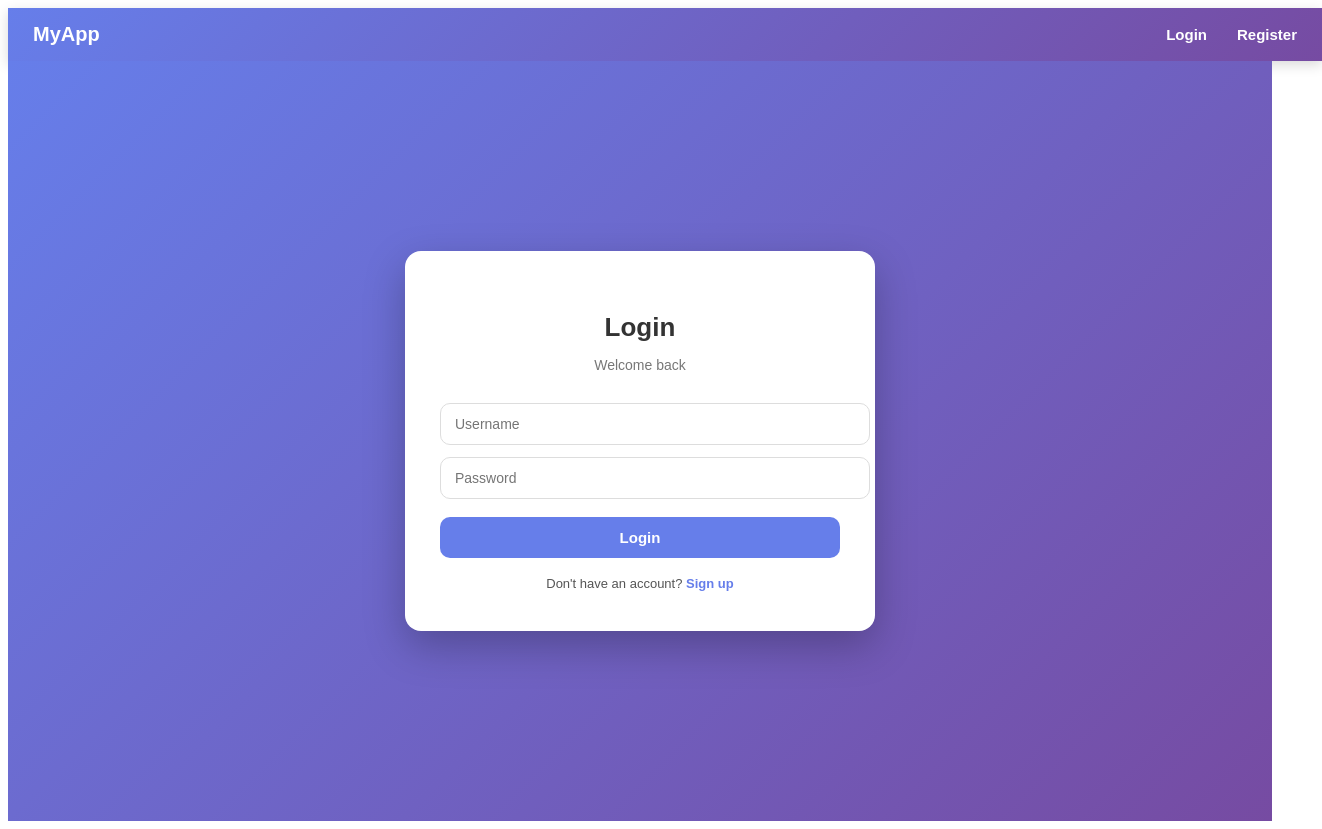
Repository: BMXracer44/CalendarConnect
Page: / (app in frontend/)
An editor plug-in stored every save of this project. The page is shown before and after the next save, followed by the edit.
The browser window is 1280 px wide. The page is 1322 px wide, then 1280 px, so the pictures cover 1322 px, including what lies to the right of the window. The pictures show the whole page.
The project was rebuilt for these pictures with package versions that can differ from the ones it lists, and the page was loaded fresh each time. Also part of the build but not shown: frontend/src/pages/Register.jsx.

Above is the page before, as saved 2026-04-07 17:38:55.

### frontend/src/index.js
import React from "react";
import ReactDOM from "react-dom/client";
import { RouterProvider } from "react-router-dom";
import { router } from "./router";
import "./index.css";


ReactDOM.createRoot(document.getElementById("root")).render(
  <RouterProvider router={router} />
);

### frontend/src/router.jsx
import { createBrowserRouter } from "react-router-dom";
import App from "./App";
import Login from "./pages/Login";
import Register from "./pages/Register";
import Home from "./pages/Home";

export const router = createBrowserRouter([
  {
    path: "/",
    element: <App />,   // 👈 use App here
    children: [
      { index: true, element: <Login /> },     // "/"
      { path: "register", element: <Register /> },
      { path: "home", element: <Home /> }
    ]
  }
]);

### frontend/src/index.css
/* =========================
   GLOBAL PAGE BACKGROUND
========================= */
.login-container {
  min-height: 100vh;
  display: flex;
  justify-content: center;
  align-items: center;
  padding: 20px;
  background: linear-gradient(135deg, #667eea, #764ba2);
  font-family: Arial, sans-serif;
}

/* =========================
   AUTH CARD (LOGIN + REGISTER)
========================= */
.login-card {
  width: 100%;
  max-width: 400px;
  background: #ffffff;
  padding: 40px 35px;
  border-radius: 16px;
  box-shadow: 0 15px 40px rgba(0, 0, 0, 0.25);
  text-align: center;
  animation: fadeIn 0.4s ease-in-out;
}

/* Card animation */
@keyframes fadeIn {
  from {
    opacity: 0;
    transform: translateY(15px);
  }
  to {
    opacity: 1;
    transform: translateY(0);
  }
}

/* =========================
   HEADINGS
========================= */
.login-card h2 {
  font-size: 26px;
  margin-bottom: 8px;
  color: #333;
}

.login-card p {
  font-size: 14px;
  color: #777;
  margin-bottom: 18px;
}

/* =========================
   INPUT FIELDS
========================= */
.login-card input {
  width: 100%;
  padding: 12px 14px;
  margin-top: 12px;
  border: 1px solid #ddd;
  border-radius: 10px;
  font-size: 14px;
  outline: none;
  transition: all 0.25s ease;
}

/* Focus effect */
.login-card input:focus {
  border-color: #667eea;
  box-shadow: 0 0 8px rgba(102, 126, 234, 0.35);
}

/* =========================
   BUTTON
========================= */
.login-card button {
  width: 100%;
  padding: 12px;
  margin-top: 18px;
  background: #667eea;
  color: white;
  border: none;
  border-radius: 10px;
  font-size: 15px;
  font-weight: bold;
  cursor: pointer;
  transition: all 0.2s ease;
}

/* Hover effect */
.login-card button:hover {
  background: #5a67d8;
  transform: translateY(-2px);
}

/* =========================
   ERROR & SUCCESS MESSAGES
========================= */
.error-text {
  color: #e74c3c;
  font-size: 13px;
  margin-top: 10px;
}

.success-text {
  color: #2ecc71;
  font-size: 13px;
  margin-top: 10px;
}

/* =========================
   BOTTOM TEXT LINKS
========================= */
.bottom-text {
  margin-top: 18px;
  font-size: 13px;
  color: #555;
}

.bottom-text a {
  color: #667eea;
  font-weight: bold;
  text-decoration: none;
}

.bottom-text a:hover {
  text-decoration: underline;
}

/* =========================
   REGISTER SPACING (optional)
========================= */
.register-extra-spacing input {
  margin-top: 14px;
}
/* =========================
   NAVBAR
========================= */
.navbar {
  width: 100%;
  background: linear-gradient(135deg, #667eea, #764ba2);
  padding: 12px 25px;
  display: flex;
  align-items: center;
  color: #fff;
  box-shadow: 0 4px 12px rgba(0,0,0,0.15);
  font-family: Arial, sans-serif;
}

/* Logo on the left */
.navbar .logo {
  font-size: 20px;
  font-weight: bold;
  color: #fff;
  text-decoration: none;
}

/* Right-side buttons (Login/Register) */
.navbar .right-section {
  margin-left: auto; /* pushes this section to the far right */
  display: flex;
  align-items: center;
  gap: 30px; /* spacing between links */
}

.navbar .right-section a {
  color: #fff; /* white text */
  text-decoration: none; /* remove underline */
  font-weight: 600;
  font-size: 15px;
  padding: 6px 0;
  transition: color 0.2s ease, transform 0.2s ease;
}

.navbar .right-section a:hover {
  color: #f0f0f0;
  transform: translateY(-2px);
}

/* User info if logged in */
.navbar .user-info {
  display: flex;
  align-items: center;
  gap: 12px;
}

.navbar .user-info img {
  width: 32px;
  height: 32px;
  border-radius: 50%;
  object-fit: cover;
  border: 2px solid #fff;
}

.navbar button.logout-btn {
  background: #e74c3c;
  border: none;
  color: white;
  padding: 6px 12px;
  border-radius: 8px;
  cursor: pointer;
  font-weight: bold;
  transition: background 0.2s ease, transform 0.2s ease;
}

.navbar button.logout-btn:hover {
  background: #c0392b;
  transform: translateY(-2px);
}

### frontend/src/App.js
// App.js
import { Outlet, NavLink } from "react-router-dom";
import "./index.css"; // your CSS with navbar styles

function App({ user, logout }) {
  return (
    <div>
      {/* Navigation Bar */}
      <nav className="navbar">
        <a href="/" className="logo">MyApp</a>

        <div className="right-section">
          {!user ? (
            <>
              <NavLink
                to="/login"
                className={({ isActive }) => isActive ? "nav-link active" : "nav-link"}
              >
                Login
              </NavLink>
              <NavLink
                to="/register"
                className={({ isActive }) => isActive ? "nav-link active" : "nav-link"}
              >
                Register
              </NavLink>
            </>
          ) : (
            <div className="user-info">
              <img
                src={user.profile_picture_url || "/default-avatar.png"}
                alt="User"
              />
              <span>{user.username}</span>
              <button className="logout-btn" onClick={logout}>
                Logout
              </button>
            </div>
          )}
        </div>
      </nav>

      {/* Render the page content */}
      <div className="page-content">
        <Outlet />
      </div>
    </div>
  );
}

export default App;

### frontend/src/pages/Login.jsx
import React, { useState } from "react";
import { useNavigate } from "react-router-dom";

const Login = () => {
  const navigate = useNavigate();

  const [username, setUsername] = useState("");
  const [password, setPassword] = useState("");

  const [error, setError] = useState("");
  const [success, setSuccess] = useState("");

  const handleSubmit = async (e) => {
    e.preventDefault();

    try {
      const response = await fetch("http://localhost:8080/api/login", {
        method: "POST",
        headers: {
          "Content-Type": "application/json"
        },
        body: JSON.stringify({ username, password })
      });

      const data = await response.json();

      if (response.ok) {
        localStorage.setItem("token", data.token);

        setSuccess("Login successful!");
        setError("");

        setTimeout(() => {
          navigate("/dashboard");
        }, 1000);

      } else {
        setError(data.message || "Invalid login");
        setSuccess("");
      }

    } catch (err) {
      setError("Server not reachable");
      setSuccess("");
    }
  };

  return (
    <div className="login-container">
      <div className="login-card">

        <h2>Login</h2>
        <p>Welcome back</p>

        {error && <p className="error-text">{error}</p>}
        {success && <p className="success-text">{success}</p>}

        <form onSubmit={handleSubmit}>
          <input
            type="text"
            placeholder="Username"
            value={username}
            onChange={(e) => setUsername(e.target.value)}
            required
          />

          <input
            type="password"
            placeholder="Password"
            value={password}
            onChange={(e) => setPassword(e.target.value)}
            required
          />

          <button type="submit">Login</button>
        </form>

        <div className="bottom-text">
          Don't have an account? <a href="/register">Sign up</a>
        </div>

      </div>
    </div>
  );
};

export default Login;

Loaded but not shown: frontend/src/pages/Home.jsx (no stored copy; drawn as an empty file)

After the next save:
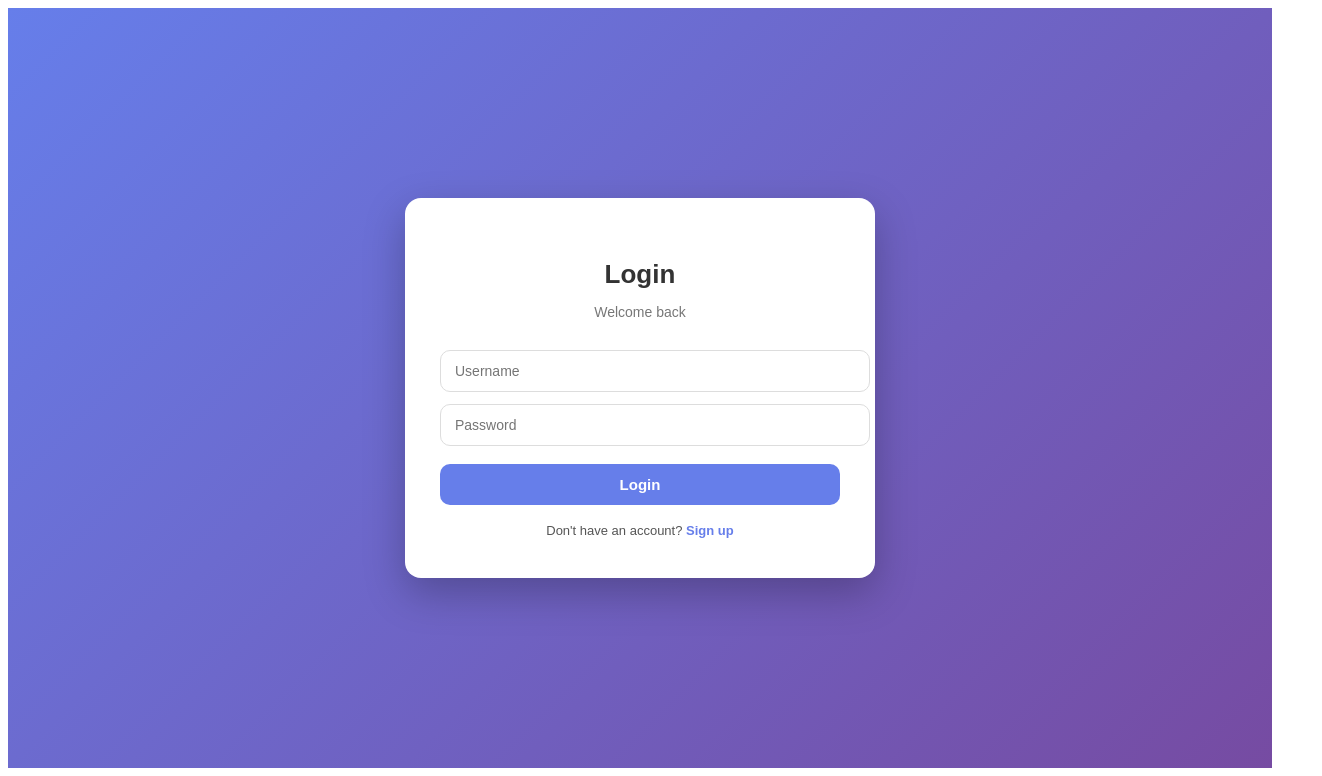
Saved 46 s later.
--- a/frontend/src/App.js
+++ b/frontend/src/App.js
@@ -1,49 +1,9 @@
-// App.js
-import { Outlet, NavLink } from "react-router-dom";
-import "./index.css"; // your CSS with navbar styles
+import { Outlet } from "react-router-dom";
 
-function App({ user, logout }) {
+function App() {
   return (
     <div>
-      {/* Navigation Bar */}
-      <nav className="navbar">
-        <a href="/" className="logo">MyApp</a>
-
-        <div className="right-section">
-          {!user ? (
-            <>
-              <NavLink
-                to="/login"
-                className={({ isActive }) => isActive ? "nav-link active" : "nav-link"}
-              >
-                Login
-              </NavLink>
-              <NavLink
-                to="/register"
-                className={({ isActive }) => isActive ? "nav-link active" : "nav-link"}
-              >
-                Register
-              </NavLink>
-            </>
-          ) : (
-            <div className="user-info">
-              <img
-                src={user.profile_picture_url || "/default-avatar.png"}
-                alt="User"
-              />
-              <span>{user.username}</span>
-              <button className="logout-btn" onClick={logout}>
-                Logout
-              </button>
-            </div>
-          )}
-        </div>
-      </nav>
-
-      {/* Render the page content */}
-      <div className="page-content">
-        <Outlet />
-      </div>
+      <Outlet />
     </div>
   );
 }
